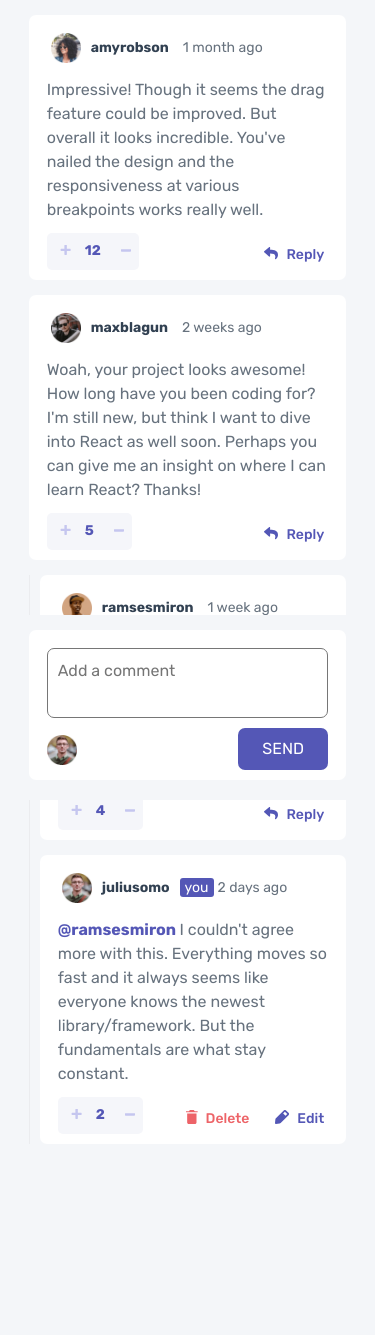
Repository: debaaah/interactive-comments-section-
Page: /
The author's editor kept a copy of each file at every save. The page is drawn from the files as they stood at one save, then again after the next save.
The browser window is 375 px wide. The pictures show the whole page.
The project was rebuilt for these pictures with package versions that can differ from the ones it lists, and the page was loaded fresh each time.

Above is the page before, as saved 2022-04-29 13:40:40.

After the next save:
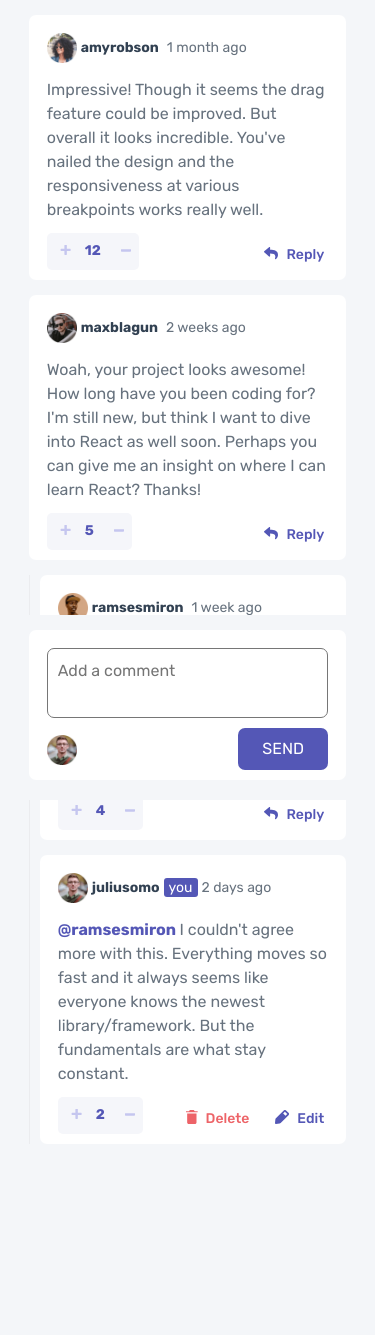
Saved 34 s later.
--- a/src/components/sass/style.scss
+++ b/src/components/sass/style.scss
@@ -354,7 +354,7 @@ textarea {
   .content-box{
     .details{
       font-size: 14px;
-      .commentator, .time{
+      .username, .time{
       padding: 0 4px;
       }
     }
